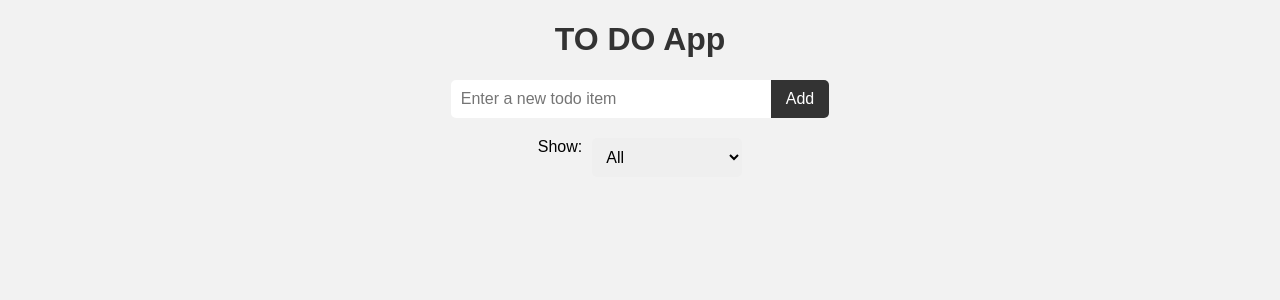
Repository: koki-ota0/todoApp
Page: http://localhost/
The author's editor kept a record of every edit. The page is drawn from the files as they stood at one moment, then again after the next edit.
The browser window is 1280 px wide. The pictures show the whole page.
The page is served by the project's application, run on Flask 3 (main.py).

Above is the page before.

### templates/index.html
<!DOCTYPE html>
<html>
<head>
    <meta charset="utf-8">
    <title>TO DO</title>
    <link rel="stylesheet" type="text/css" href="{{ url_for('static', filename='style.css') }}">
</head>
<body>
    <h1>TO DO App</h1>
    <form id="addForm">
        <input id="todoInput" type="text" name="todo" placeholder="Enter a new todo item" required>
        <button type="submit">Add</button>
    </form>
    <div>
        <label>Show:</label>
        <select id="filterSelect" onchange="applyFilter()">
            <option value="all">All</option>
            <option value="checked">Checked</option>
            <option value="unchecked">Unchecked</option>
        </select>
    </div>
    <ul id="todoList">
        {% for todo in todos %}
        <li class="{% if todo.checked %}checked{% else %}unchecked{% endif %}">
            <input type="checkbox" name="completed" {% if todo.checked %}checked{% endif %} onchange="toggleCheck(this, {{ loop.index0 }})">
            <span {% if todo.checked %}style="text-decoration: line-through"{% endif %}>{{ todo.todo }}</span>
            <button onclick="deleteTodo({{ loop.index0 }})">Delete</button>
        </li>
        {% endfor %}
    </ul>
    <script>
        // Auto-refresh the page after adding a new todo
        var addForm = document.getElementById('addForm');
        addForm.addEventListener('submit', function(event) {
            event.preventDefault();
            var todoInput = document.getElementById('todoInput');
            var todo = todoInput.value.trim();
            if (todo !== '') {
                fetch('/add', {
                    method: 'POST',
                    body: new URLSearchParams({
                        todo: todo
                    })
                }).then(function() {
                    // Clear the input field and reload the page after a short delay
                    todoInput.value = '';
                    setTimeout(function() {
                        location.reload();
                    }, 100);
                });
            }
        });

        // Get the filter value from local storage if available
        var filterSelect = document.getElementById('filterSelect');
        var storedFilter = localStorage.getItem('filter');
        if (storedFilter) {
            filterSelect.value = storedFilter;
        }

        function applyFilter() {
            var filter = filterSelect.value;
            localStorage.setItem('filter', filter); // Store the filter value in local storage

            var todoList = document.getElementById('todoList');
            var todoItems = todoList.getElementsByTagName('li');

            // Convert HTMLCollection to an array for easy sorting
            var todoArray = Array.from(todoItems);

            todoArray.sort(function(a, b) {
                var aChecked = a.classList.contains('checked');
                var bChecked = b.classList.contains('checked');

                if (filter === 'all') {
                    // Sort by unchecked items first, then checked items
                    if (aChecked && !bChecked) {
                        return 1;
                    } else if (!aChecked && bChecked) {
                        return -1;
                    }
                }

                // Preserve the original order for other filter options
                return 0;
            });

            // Reorder the list items
            todoArray.forEach(function(todoItem) {
                todoList.appendChild(todoItem);
            });

            // Update visibility based on the selected filter
            for (var i = 0; i < todoItems.length; i++) {
                                var todoItem = todoItems[i];
                if (filter === 'all') {
                    todoItem.style.display = 'block';
                } else if (filter === 'checked' && !todoItem.classList.contains('checked')) {
                    todoItem.style.display = 'none';
                } else if (filter === 'unchecked' && !todoItem.classList.contains('unchecked')) {
                    todoItem.style.display = 'none';
                } else {
                    todoItem.style.display = 'block';
                }
            }
        }

        function toggleCheck(checkbox, index) {
            fetch(`/check/${index}`, {
                method: 'POST',
                body: JSON.stringify({ checked: checkbox.checked }),
                headers: {
                    'Content-Type': 'application/json'
                }
            }).then(() => {
                // Refresh the page after a short delay to allow the server to update the data
                setTimeout(function() {
                    location.reload();
                }, 100);
            });
        }

        function deleteTodo(index) {
            if (confirm("Are you sure you want to delete this todo?")) {
                fetch(`/delete/${index}`, {
                    method: 'POST'
                }).then(() => {
                    // Refresh the page after a short delay to allow the server to update the data
                    setTimeout(function() {
                        location.reload();
                    }, 100);
                });
            }
        }
    </script>
</body>
</html>

### main.py
from flask import Flask, request, render_template, jsonify

app = Flask(__name__, static_folder='.', static_url_path='')
data = []


@app.route('/')
def index():
    return render_template('index.html', todos=data)


@app.route('/add', methods=['POST'])
def add():
    todo = request.form.get('todo')
    data.append({'todo': todo, 'checked': False})
    return jsonify(success=True)


@app.route('/check/<int:index>', methods=['POST'])
def check(index):
    checked = request.json['checked']
    data[index]['checked'] = checked
    return jsonify(success=True)


@app.route('/delete/<int:index>', methods=['POST'])
def delete(index):
    del data[index]
    return jsonify(success=True)


if __name__ == '__main__':
    app.run(port=8080, debug=True)

### static/style.css
body {
    background-color: #f2f2f2;
    font-family: Arial, sans-serif;
    margin: 0;
    padding: 0;
}

h1 {
    text-align: center;
    color: #333;
}

form {
    display: flex;
    justify-content: center;
    margin-bottom: 20px;
}

form input[type="text"] {
    padding: 10px;
    font-size: 16px;
    border-radius: 5px 0 0 5px;
    border: none;
    width: 300px;
}

form button {
    padding: 10px 15px;
    font-size: 16px;
    border-radius: 0 5px 5px 0;
    border: none;
    background-color: #333;
    color: #fff;
    cursor: pointer;
}

div {
    display: flex;
    justify-content: center;
    margin-bottom: 20px;
}

label {
    font-size: 16px;
    margin-right: 10px;
}

select {
    padding: 10px;
    font-size: 16px;
    border-radius: 5px;
    border: none;
        width: 150px;
}

ul {
    list-style-type: none;
    padding: 0;
}

li {
    display: flex;
    align-items: center;
    padding: 10px;
    border-radius: 5px;
    margin-bottom: 10px;
    background-color: #fff;
    box-shadow: 0 2px 4px rgba(0, 0, 0, 0.1);
}

li.checked {
    background-color: #f2f2f2;
}

li span {
    flex-grow: 1;
    margin-left: 10px;
}

li button {
    padding: 5px 10px;
    font-size: 14px;
    border-radius: 5px;
    border: none;
    background-color: #333;
    color: #fff;
    cursor: pointer;
}

li span[style="text-decoration: line-through"] {
    color: #999;
}

li input[type="checkbox"] {
    margin-right: 10px;
}

li input[type="checkbox"]:disabled {
    cursor: not-allowed;
}

li input[type="checkbox"]:checked+span {
    text-decoration: line-through;
    color: #999;
}

li input[type="checkbox"]:checked+span+button {
    background-color: #999;
}

li button {
    margin-left: auto;
}

After the next edit:
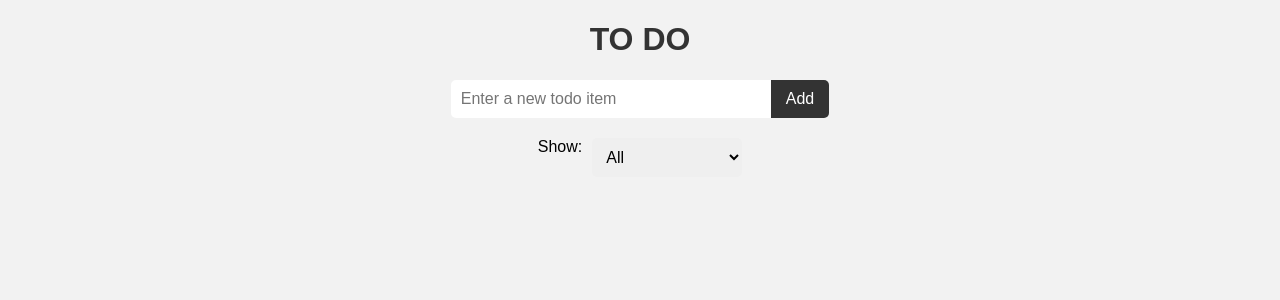
The edit:
--- a/templates/index.html
+++ b/templates/index.html
@@ -6,7 +6,7 @@
     <link rel="stylesheet" type="text/css" href="{{ url_for('static', filename='style.css') }}">
 </head>
 <body>
-    <h1>TO DO App</h1>
+    <h1>TO DO</h1>
     <form id="addForm">
         <input id="todoInput" type="text" name="todo" placeholder="Enter a new todo item" required>
         <button type="submit">Add</button>
